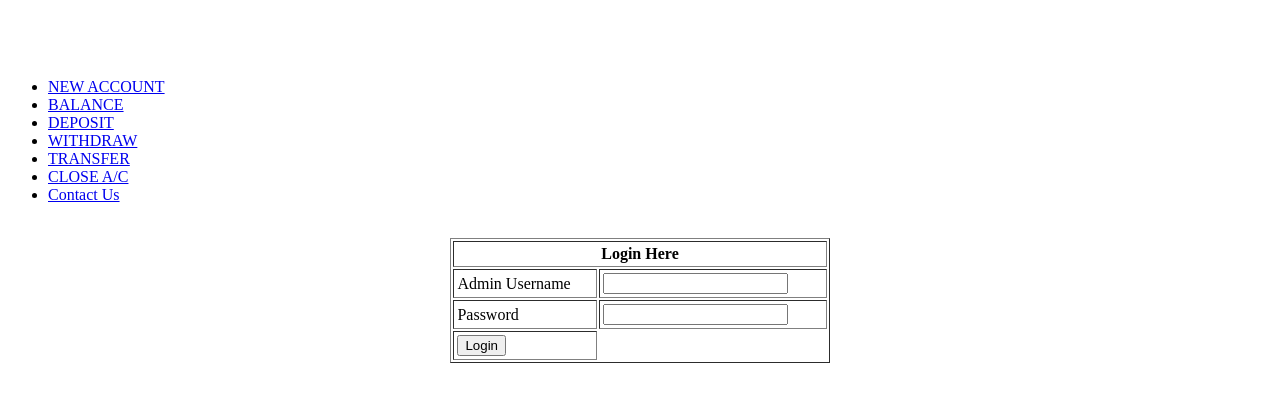
Repository: ameena017/bank-app
Page: http://localhost/banking-app/login.jsp
These files come from the project's save history. The page is drawn as it stood at one moment and after the next save; the edit follows.
The browser window is 1280 px wide. The pictures show the whole page.
The page is served by Tomcat 9. Nobody is signed in. The application's start-up code is not run.

Above is the page before, as saved 2017-09-19 05:51:59.

After the next save:
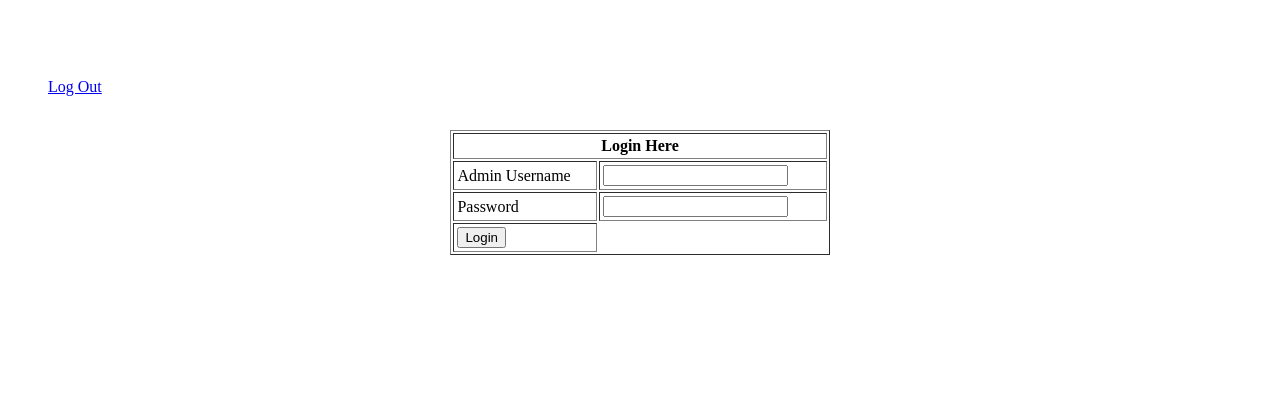
Saved 80 s later.
--- a/banking-app/WebContent/login.jsp
+++ b/banking-app/WebContent/login.jsp
@@ -15,13 +15,8 @@
 
         <div id="navigation">
     <ul>
-    <li><a href="create.html">NEW ACCOUNT</a></li>
-    <li><a href="balance1.jsp">BALANCE</a></li>
-    <li><a href="deposit1.jsp">DEPOSIT</a></li>
-    <li><a href="withdraw1.jsp">WITHDRAW</a></li>
-    <li><a href="transfer1.jsp">TRANSFER</a></li>
-    <li><a href="closeac1.jsp">CLOSE A/C</a></li>
-    <li><a href="about.jsp">Contact Us</a></li>
+    <ri><a href="logout">Log Out</a></ri>
+
     </ul>
 </div>
             <center>
